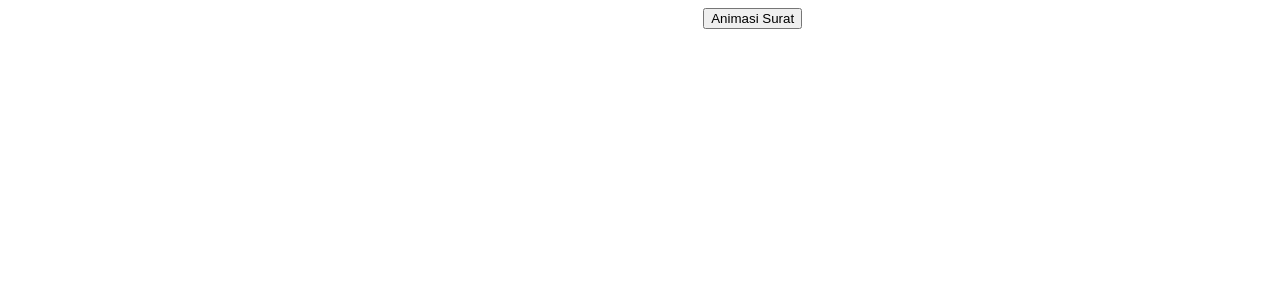
Repository: Irantsitumorang/projectRepo1
Page: BelajarJS/LatihanHTML/WebContent/suratj.html
An editor plug-in stored every save of this project. The page is shown before and after the next save, followed by the edit.
The browser window is 1280 px wide. The pictures show the whole page.

Above is the page before, as saved 2021-07-01 10:15:33.

After the next save:
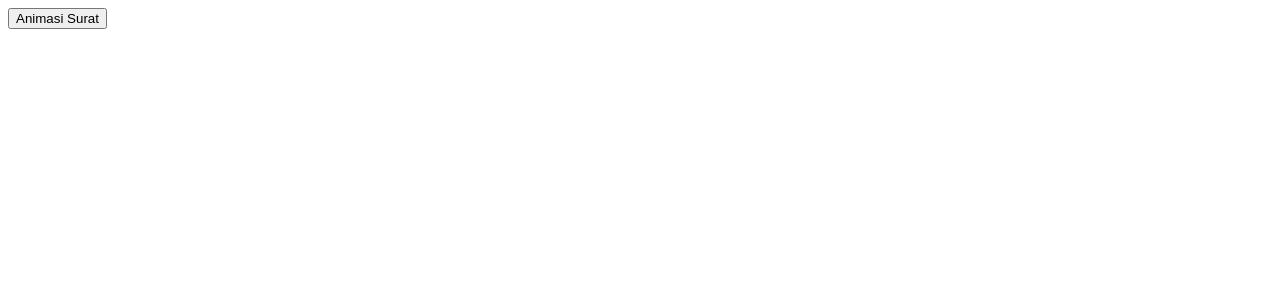
Saved 38 s later.
--- a/BelajarJS/LatihanHTML/WebContent/suratj.html
+++ b/BelajarJS/LatihanHTML/WebContent/suratj.html
@@ -17,7 +17,7 @@
     } */
 
 	#bg{
-	margin-left: 55%;
+	margin-left: center;
 	}
 
     #surat1 {
